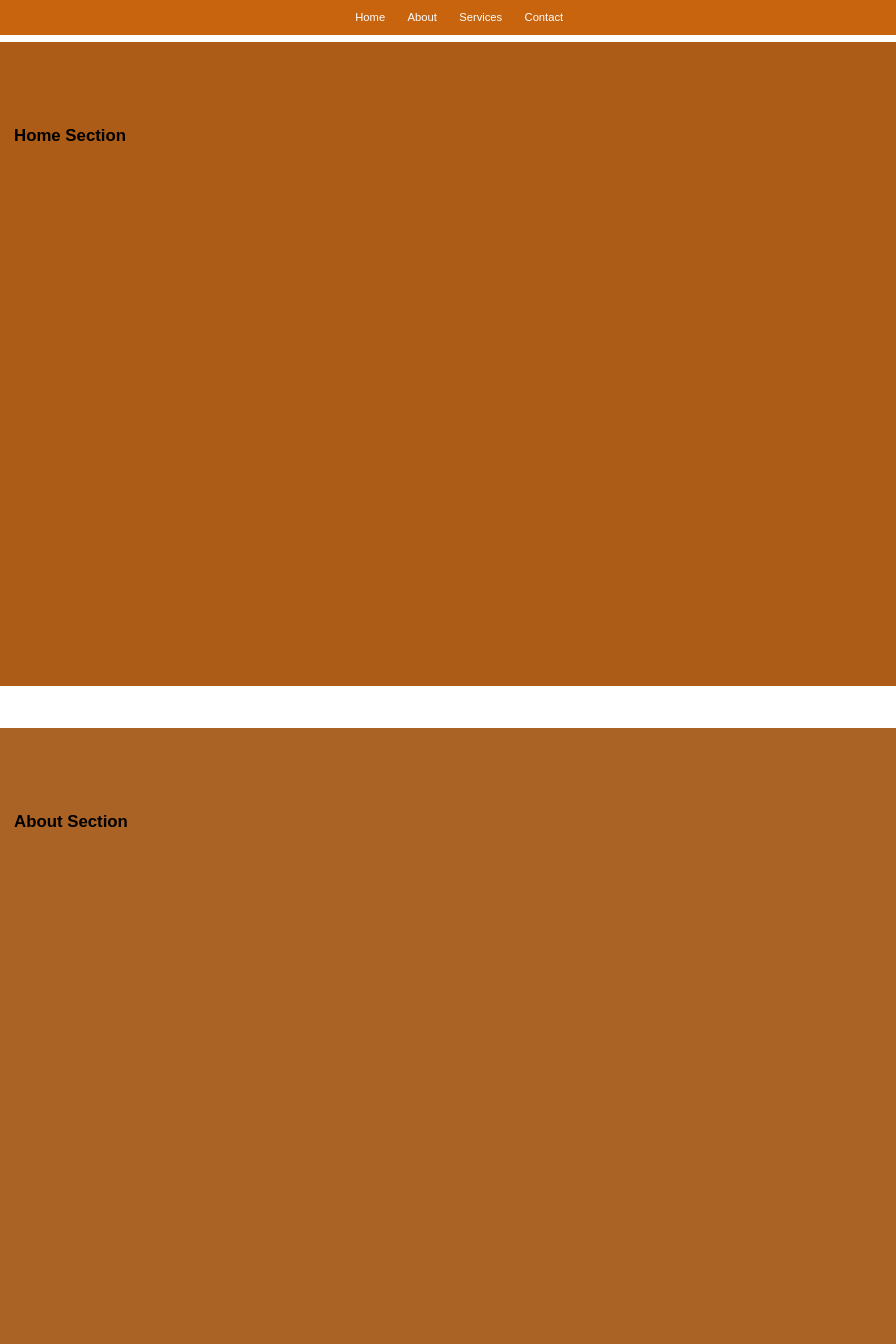
Repository: danichimescu/tema_unu_
Page: index.html
These files come from the project's save history. The page is drawn as it stood at one moment and after the next save; the edit follows.
The browser window is 1280 px wide. The pictures show the part of the page from y = 0 to 1920 px (the page is 3920 px tall before and 3928 px after), at 70% of full size.

Above is the page before, as saved 2025-10-06 01:35:17.

After the next save:
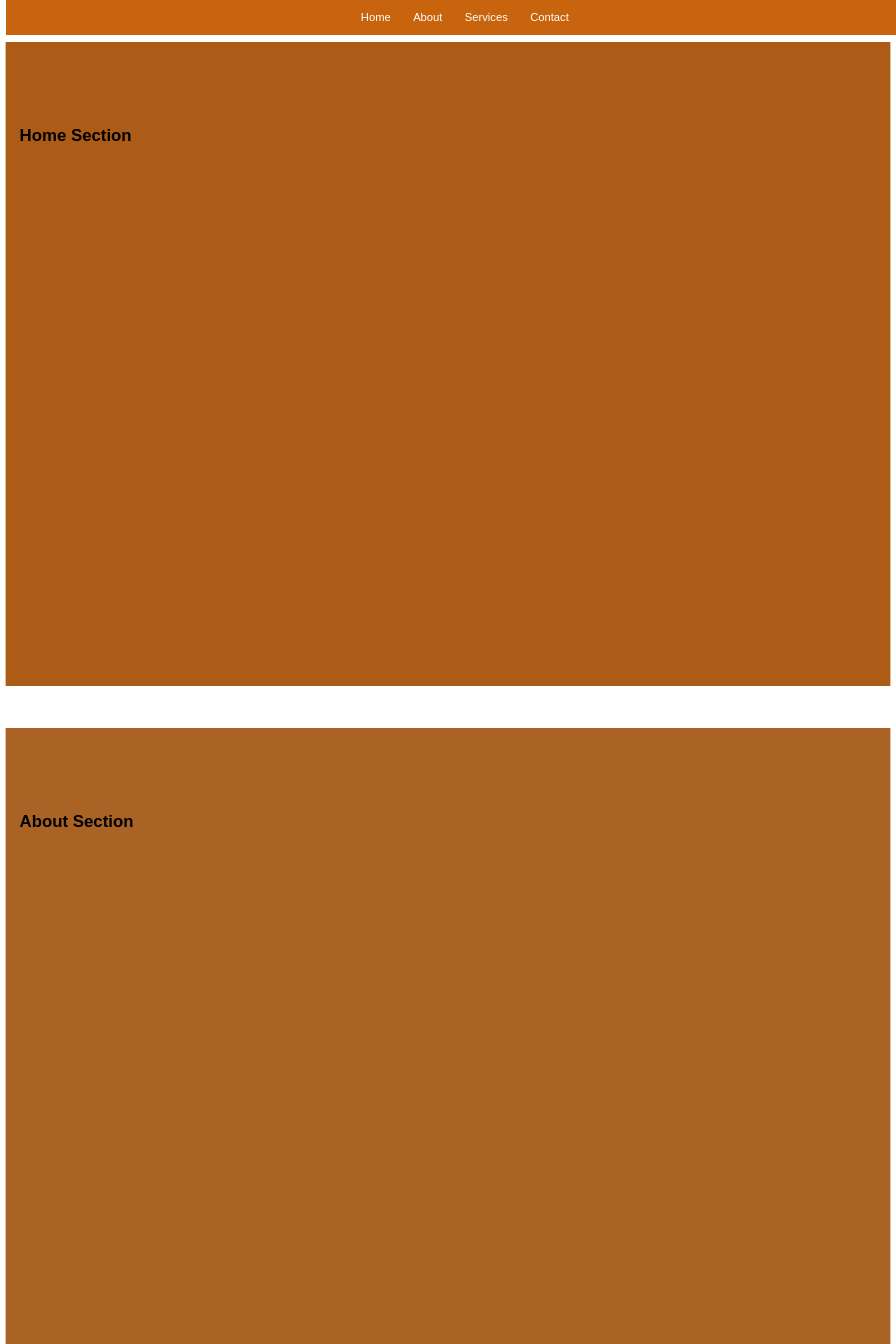
Saved 43 s later.
--- a/style.css
+++ b/style.css
@@ -7,7 +7,7 @@
 
 body {
     font-family: sans-serif;
-    margin: 0;
+    margin: 5;
 }
 
 nav {

After the save that followed:
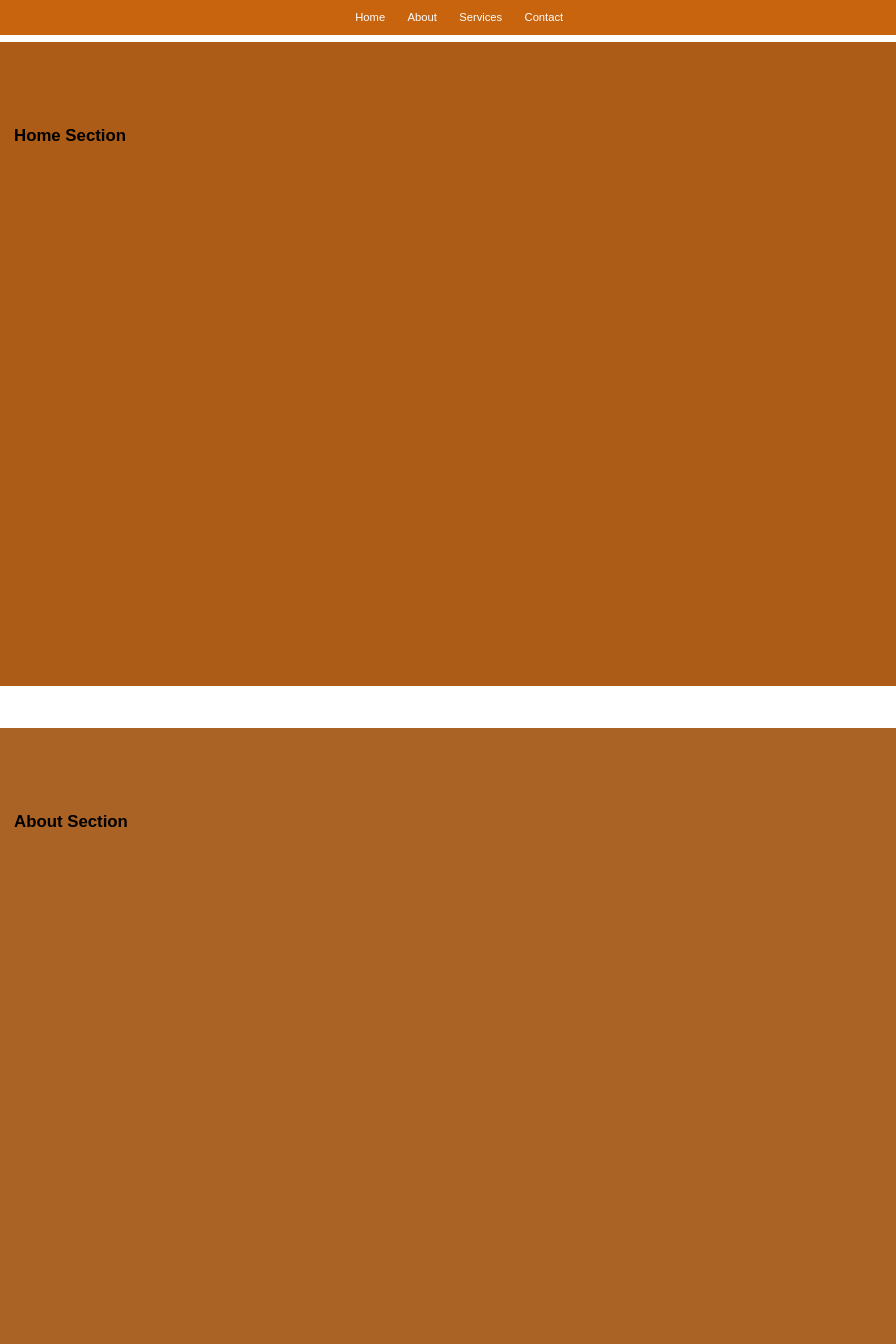
Saved 11 s later.
--- a/style.css
+++ b/style.css
@@ -7,7 +7,7 @@
 
 body {
     font-family: sans-serif;
-    margin: 5;
+    margin: 0;
 }
 
 nav {
